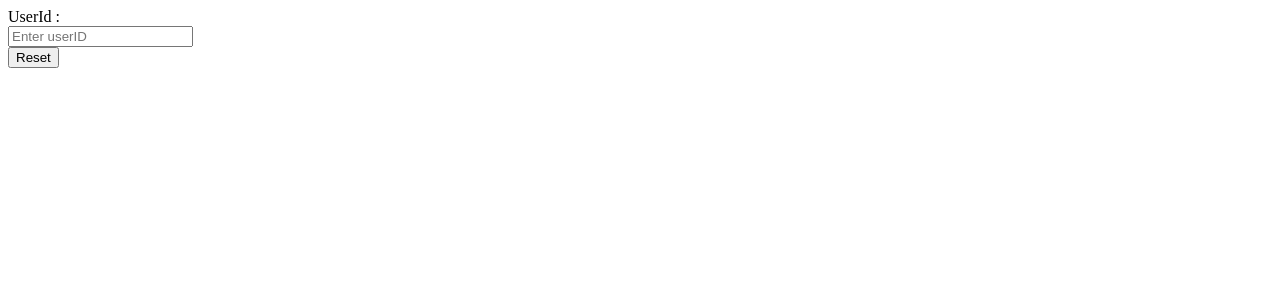
Repository: JamesArul/CLBSiteSTMT
Page: StudentsMeetFrontEnd/WebContent/User/UserQualification.html
These files come from the project's save history. The page is drawn as it stood at one moment and after the next save; the edit follows.
The browser window is 1280 px wide. The pictures show the whole page.

Above is the page before, as saved 2017-06-06 01:21:25.

### StudentsMeetFrontEnd/WebContent/User/UserQualification.html
<div ng-include="'User/UserQualification.html'"></div>
<div ng-controller="UserController as ctrl">
<form ng-submit="ctrl.submit()" class="form-horizontal" name="regForm">
  <div class="form-group">
    <label class="control-label col-sm-2" for="userid">UserId :</label>
    <div class="col-sm-10">
      <input type="text" class="form-control" id="userid" placeholder="Enter userID"  ng-model="ctrl.user.userID">
    </div>
  </div>
  <div class="form-group">
    <div class="col-sm-offset-2 col-sm-10">
	<button type="button" ng-click="ctrl.reset()">Reset</button>
	</div>
  </div>
</form>
</div>

After the next save:
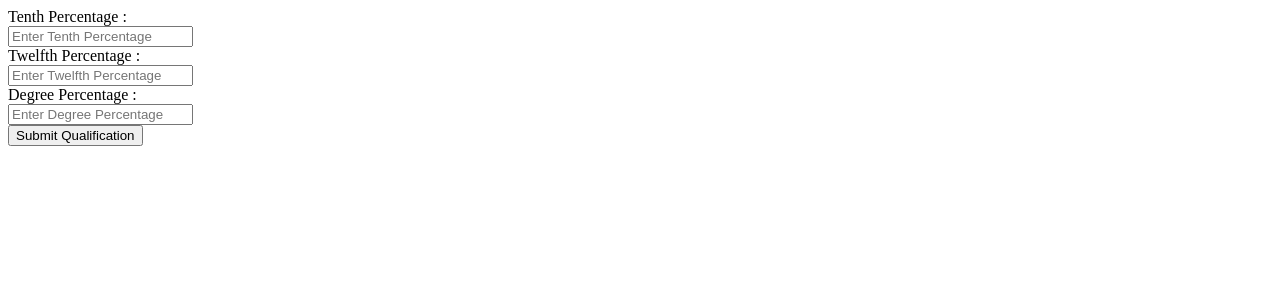
Saved 5 min 3 s later.
--- a/StudentsMeetFrontEnd/WebContent/User/UserQualification.html
+++ b/StudentsMeetFrontEnd/WebContent/User/UserQualification.html
@@ -2,15 +2,27 @@
 <div ng-controller="UserController as ctrl">
 <form ng-submit="ctrl.submit()" class="form-horizontal" name="regForm">
   <div class="form-group">
-    <label class="control-label col-sm-2" for="userid">UserId :</label>
+    <label class="control-label col-sm-2" for="tenth">Tenth Percentage :</label>
     <div class="col-sm-10">
-      <input type="text" class="form-control" id="userid" placeholder="Enter userID"  ng-model="ctrl.user.userID">
+      <input type="text" class="form-control" id="tenth" placeholder="Enter Tenth Percentage"  ng-model="ctrl.qualification.tenthPercentage">
+    </div>
+  </div>
+  <div class="form-group">
+    <label class="control-label col-sm-2" for="Twelfth">Twelfth Percentage :</label>
+    <div class="col-sm-10">
+      <input type="text" class="form-control" id="Twelfth" placeholder="Enter Twelfth Percentage"  ng-model="ctrl.qualification.twelfthPercentage">
+    </div>
+  </div>
+  <div class="form-group">
+    <label class="control-label col-sm-2" for="Degree">Degree Percentage :</label>
+    <div class="col-sm-10">
+      <input type="text" class="form-control" id="Degree" placeholder="Enter Degree Percentage"  ng-model="ctrl.qualification.bachelorCGPAPercentage">
     </div>
   </div>
   <div class="form-group">
     <div class="col-sm-offset-2 col-sm-10">
-	<button type="button" ng-click="ctrl.reset()">Reset</button>
+	<input type="submit" value="Submit Qualification">
 	</div>
-  </div>
+	</div>
 </form>
 </div>
